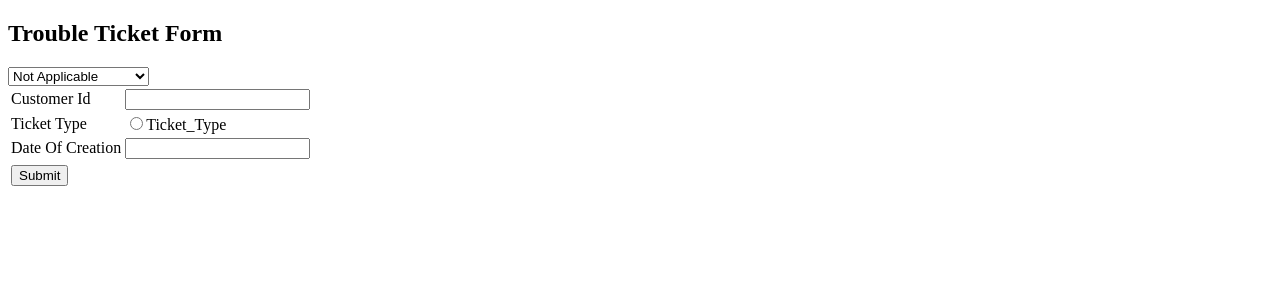
Repository: ApoorvaVeluri/JavaProject
Page: http://localhost/userinterface/Input.jsp
The author's editor kept a copy of each file at every save. The page is drawn from the files as they stood at one save, then again after the next save.
The browser window is 1280 px wide. The pictures show the whole page.
The page is served by Tomcat 9.

Above is the page before, as saved 2015-08-20 10:44:36.

After the next save:
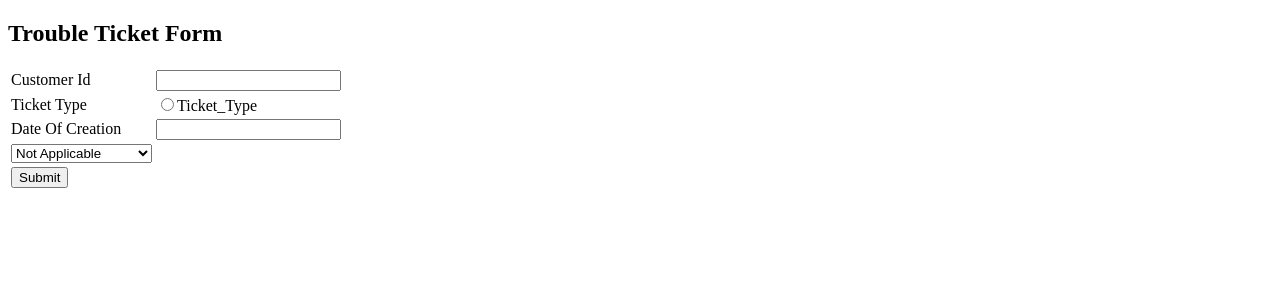
Saved 24 s later.
--- a/html/userinterface/WebContent/Input.jsp
+++ b/html/userinterface/WebContent/Input.jsp
@@ -25,12 +25,13 @@
 				<td><input type="text" name="Date" /></td>
 			</tr>
 			<tr>
-				<select name="Disposition Id">
+				<td><select name="Disposition Id">
 					<option value="Not Applicable">Not Applicable</option>
 					<option value="Technician Dispatch">Technician Dispatch</option>
 					<option value="Device Dispatch">Device Dispatch</option>
 
 				</select>
+				</td>
 			</tr>
 			<tr>
 				<td colspan="2"><input type="submit" value="Submit" /></td>
